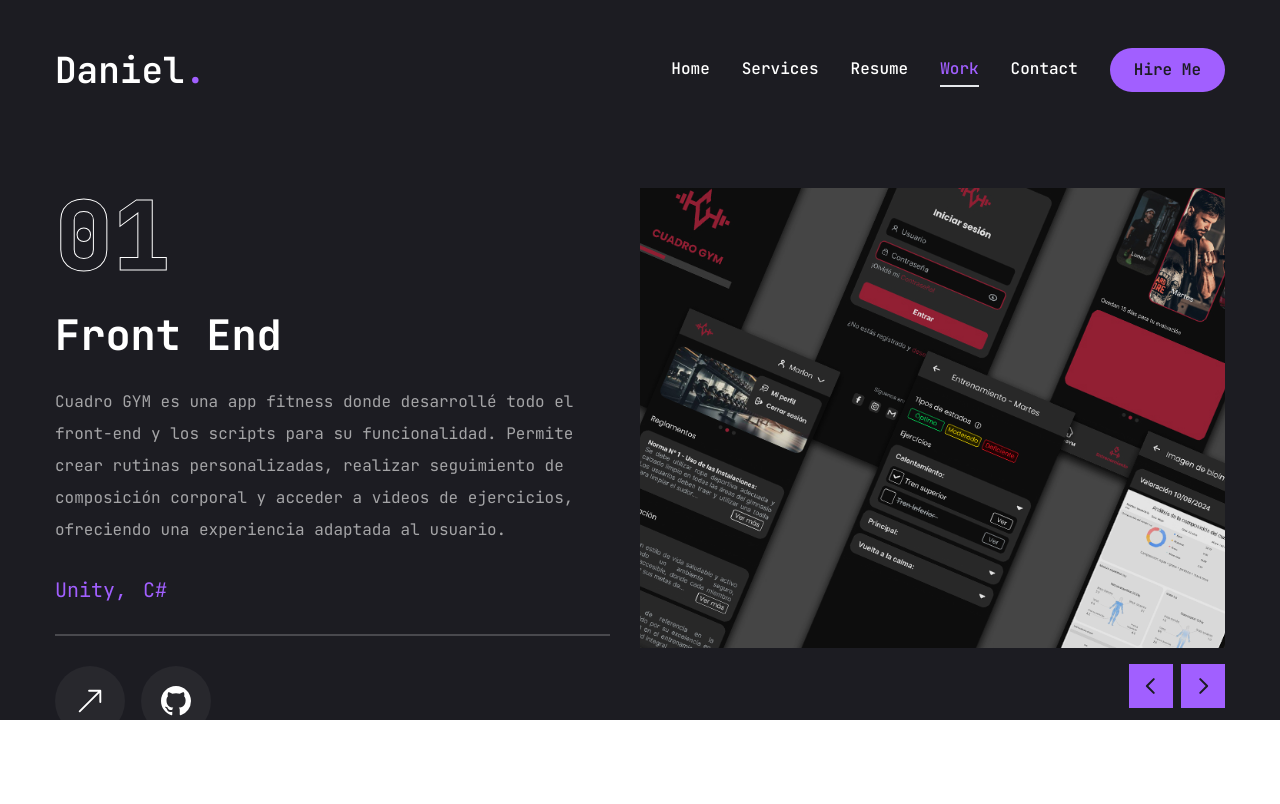
Repository: itsDarkos/Daniel-Portfolio
Page: /work
These files come from the project's save history. The page is drawn as it stood at one moment and after the next save; the edit follows.
The browser window is 1280 px wide. The pictures show the whole page.
The project was rebuilt for these pictures with package versions that can differ from the ones it lists, and the page was loaded fresh each time. The framework's server and built-in components were replaced by stand-ins that run in the browser. Also part of the build but not shown: next.config.mjs.

Above is the page before, as saved 2025-01-05 18:42:03.

### app/layout.jsx
import { JetBrains_Mono } from "next/font/google";
import "./globals.css";

// components
import Header from "@/components/Header";
import PageTransition from "@/components/PageTransition";
import StairTransition from "@/components/StairTransition";

const jetBrainsMono = JetBrains_Mono({
  variable: "--font-jetBrainsMono",
  weight: ["100", "200", "300", "400", "500", "600", "700", "800"],
  subsets: ["latin"],
});

export const metadata = {
  title: "Create Next App",
  description: "Generated by create next app",
};

export default function RootLayout({ children }) {
  return (
    <html lang="en">
      <body className={jetBrainsMono.variable}>
        <Header />
        <StairTransition />
        <PageTransition>{children}</PageTransition>
      </body>
    </html>
  );
}

### app/work/page.jsx
"use client";

import { motion } from "framer-motion";
import React, { useState } from "react";

import { Swiper, SwiperSlide } from "swiper/react";
import "swiper/css";

import { BsArrowUpRight, BsGithub } from "react-icons/bs";

import {
  Tooltip,
  TooltipContent,
  TooltipProvider,
  TooltipTrigger,
} from "@/components/ui/tooltip";

import Link from "next/link";
import Image from "next/image";

// components
import WorkSliderBtns from "@/components/WorkSliderBtns";

const projects = [
  {
    num: "01",
    category: "Front End",
    title: "projecto 1",
    description: "Cuadro GYM es una app fitness donde desarrollé todo el front-end y los scripts para su funcionalidad. Permite crear rutinas personalizadas, realizar seguimiento de composición corporal y acceder a videos de ejercicios, ofreciendo una experiencia adaptada al usuario.",
    stack: [{ name: "Unity" }, { name: "C#" }],
    image: "/assets/work/thumb1.jpg",
    live: "https://cuadrogym.com/",
    github: "",
  },
  {
    num: "02",
    category: "Diseño UI/UX",
    title: "projecto 2",
    description: "Este proyecto consistió en el diseño completo de la interfaz y experiencia de usuario (UI/UX) utilizando Figma. Creé un sistema visual moderno, intuitivo y enfocado en mejorar la interacción del usuario con la aplicación. Cada pantalla fue diseñada para garantizar usabilidad, estética y funcionalidad.",
    stack: [{ name: "Figma" }],
    image: "/assets/work/thumb2.png",
    live: "",
    github: "",
  },
];

const Work = () => {
  const [project, setProject] = useState(projects[0]);

  const handleSlideChange = (swiper) => {
    // get current slide index
    const currentIndex = swiper.activeIndex;
    // update project state based on current slide index
    setProject(projects[currentIndex]);
  };

  return (
    <motion.section
      initial={{ opacity: 0 }}
      animate={{
        opacity: 1,
        transition: { delay: 2.4, duration: 0.4, ease: "easeIn" },
      }}
      className="min-h-[80vh] flex flex-col justify-center py-12 xl:px-0"
    >
      <div className="container mx-auto">
        <div className="flex flex-col xl:flex-row xl:gap-[30px]">
          <div className="w-full xl:w-[50%] xl:h-[460px] flex flex-col xl:justify-between order-2 xl:order-none">
            <div className="flex flex-col gap-[30px] h-[50%]">
              {/* ouline num */}
              <div className="text-8xl leading-none font-extrabold text-transparent text-outline">
                {project.num}
              </div>
              {/* project categoty */}
              <h2 className="text-[42px] font-bold leading-none text-white group-hover:text-accent transition-all duration-500 capitalize">
                {project.category}
              </h2>
              {/* project description */}
              <p className="text-white/60">{project.description}</p>
              {/* stack */}
              <ul className="flex gap-4">
                {project.stack.map((item, index) => {
                  return (
                    <li key={index} className="text-xl text-accent">
                      {item.name}
                      {/* remove the last commo */}
                      {index !== project.stack.length - 1 && ","}
                    </li>
                  );
                })}
              </ul>
              {/* border */}
              <div className="border border-white/20"></div>
              {/* buttons */}
              <div className="flex items-center gap-4">
                {/* live project button */}
                <Link href={project.live}>
                  <TooltipProvider delayDuration={100}>
                    <Tooltip>
                      <TooltipTrigger className="w-[70px] h-[70px] rounded-full bg-white/5 flex justify-center items-center group">
                        <BsArrowUpRight className="text-white text-3xl group-hover:text-accent" />
                      </TooltipTrigger>
                      <TooltipContent>
                        <p>Live project</p>
                      </TooltipContent>
                    </Tooltip>
                  </TooltipProvider>
                </Link>
                {/* github project button */}
                <Link href={project.github}>
                  <TooltipProvider delayDuration={100}>
                    <Tooltip>
                      <TooltipTrigger className="w-[70px] h-[70px] rounded-full bg-white/5 flex justify-center items-center group">
                        <BsGithub className="text-white text-3xl group-hover:text-accent" />
                      </TooltipTrigger>
                      <TooltipContent>
                        <p>Github repository</p>
                      </TooltipContent>
                    </Tooltip>
                  </TooltipProvider>
                </Link>
              </div>
            </div>
          </div>
          <div className="w-full xl:w-[50%]">
            <Swiper
              spaceBetween={30}
              slidesPerView={1}
              className="xl:h-[520px] mb-12"
              onSlideChange={handleSlideChange}
            >
              {projects.map((project, index) => {
                return (
                  <SwiperSlide key={index} className="w-full">
                    <div className="h-[460px] relative group flex justify-center items-center bg-pink-50/20">
                      {/* overlay */}
                      <div className="absolute top-0 bottom-0 w-full h-full bg-black/10 z-10"></div>
                      {/* image */}
                      <div className="relative w-full h-full">
                        <Image
                          src={project.image}
                          fill
                          className="object-cover"
                          alt=""
                        />
                      </div>
                    </div>
                  </SwiperSlide>
                );
              })}
              {/* slider buttons */}
              <WorkSliderBtns
                containerStyles="flex gap-2 absolute right-0 bottom-[calc(50%_-_22px)] xl:bottom-0 z-20 w-full justify-between xl:w-max xl:justify-none"
                btnStyles="bg-accent hover:bg-accent-hover text-primary text-[22px] w-[44px] h-[44px] flex justify-center items-center transition-all"
              />
            </Swiper>
          </div>
        </div>
      </div>
    </motion.section>
  );
};

export default Work;

### app/globals.css
@tailwind base;
@tailwind components;
@tailwind utilities;

@layer base {
  body {
    @apply font-primary bg-primary text-white leading-loose;
  }

  .h1 {
    @apply text-[48px] xl:text-[80px] leading-[1.1] font-semibold;
  }

  .h2 {
    @apply text-[36px] xl:text-[48px] leading-[1.1] font-semibold;
  }

  .h3 {
    @apply text-[20px] xl:text-[24px] leading-[1.1] font-semibold;
  }
  .text-outline{
    -webkit-text-stroke: 1px #ffffff;
  }

  .text-outline-hover{
    -webkit-text-stroke: 1px #a15fff;
  }
}

### components/Header.jsx
import Link from "next/link";
import { Button } from "./ui/button";

// components
import { Nav } from "./Nav";
import MobileNav from "./MobileNav";

export const Header = () => {
  return (
    <header className="py-8 xl:py-12 text-white">
      <div className="container mx-auto flex justify-between items-center">
        {/* logo */}
        <Link href="/">
          <h1 className="text-4xl font-semibold">
            Daniel<span className="text-accent">.</span>
          </h1>
        </Link>
        {/* desktop nav & hire me button */}
        <div className="hidden xl:flex items-center gap-8">
          <Nav />
          <Link href="/contact">
            <Button>Hire Me</Button>
          </Link>
        </div>
        {/* mobile nav */}
        <div className="xl:hidden">
          <MobileNav />
        </div>
      </div>
    </header>
  );
};

export default Header;

### components/PageTransition.jsx
"use client";

import { AnimatePresence, motion } from "framer-motion"
import { usePathname } from "next/navigation";

const PageTransition = ({children}) => {
  const pathname = usePathname();
  return <AnimatePresence>
    <div key={pathname}>
      <motion.div
        initial ={{opacity: 1}}
        animate={{
          opacity: 0,
          transition:{delay: 1, duration: 0.4, ease: "easeInOut"},
        }}
        className="h-screen w-screen fixed bg-primary top-0 pointer-events-none"
      />
      {children}
    </div>
    </AnimatePresence>
}

export default PageTransition

### components/StairTransition.jsx
"use client";

import { AnimatePresence, motion } from "framer-motion";
import { usePathname } from "next/navigation";

//components
import Stairs from "./Stairs";

const StairTransition = () => {
  const pathname = usePathname();
  return (
    <>
      <AnimatePresence mode="wait">
        <div key={pathname}>
          <div className="h-screen w-screen fixed top-0 left-0 right-0 pointer-events-none z-40 flex">
            <Stairs />
          </div>
          <motion.div
            className="h-screen w-screen fixed bg-primary top-0 pointer-events-none"
            initial={{ opacity: 1 }}
            animate={{
              opacity: 0,
              transition: { delay: 1, duration: 0.4, ease: "easeInOut" },
            }}
          />
        </div>
      </AnimatePresence>
    </>
  );
};

export default StairTransition;

### components/ui/tooltip.jsx
"use client"

import * as React from "react"
import * as TooltipPrimitive from "@radix-ui/react-tooltip"

import { cn } from "@/lib/utils"

const TooltipProvider = TooltipPrimitive.Provider

const Tooltip = TooltipPrimitive.Root

const TooltipTrigger = TooltipPrimitive.Trigger

const TooltipContent = React.forwardRef(({ className, sideOffset = 4, ...props }, ref) => (
  <TooltipPrimitive.Content
    ref={ref}
    sideOffset={sideOffset}
    className={cn(
      "z-50 overflow-hidden rounded-md border border-neutral-200 bg-white px-3 py-1.5 text-sm text-neutral-950 shadow-md animate-in fade-in-0 zoom-in-95 data-[state=closed]:animate-out data-[state=closed]:fade-out-0 data-[state=closed]:zoom-out-95 data-[side=bottom]:slide-in-from-top-2 data-[side=left]:slide-in-from-right-2 data-[side=right]:slide-in-from-left-2 data-[side=top]:slide-in-from-bottom-2 dark:border-neutral-800 dark:bg-neutral-950 dark:text-neutral-50",
      className
    )}
    {...props} />
))
TooltipContent.displayName = TooltipPrimitive.Content.displayName

export { Tooltip, TooltipTrigger, TooltipContent, TooltipProvider }

### components/ui/button.jsx
import * as React from "react";
import { Slot } from "@radix-ui/react-slot";
import { cva } from "class-variance-authority";

import { cn } from "@/lib/utils";

const buttonVariants = cva(
  "inline-flex items-center justify-center whitespace-nowrap rounded-full text-base font-semibold ring-offset-white transition-colors",
  {
    variants: {
      variant: {
        default:  "bg-accent text-primary hover:bg-accent-hover",
        primary:  "bg-primary text-white",
        outline:  "border border-accent bg-transparent text-accent hover:bg-accent hover:text-primary",
      },
      size: {
        default: "h-[44px] px-6",
        sm: "h-[48px] px-6",
        lg: "h-[56px] px-8 text-sm uppercase tracking-[2px]",
      },
    },
    defaultVariants: {
      variant: "default",
      size: "default",
    },
  }
);

const Button = React.forwardRef(
  ({ className, variant, size, asChild = false, ...props }, ref) => {
    const Comp = asChild ? Slot : "button";
    return (
      <Comp
        className={cn(buttonVariants({ variant, size, className }))}
        ref={ref}
        {...props}
      />
    );
  }
);
Button.displayName = "Button";

export { Button, buttonVariants };

### components/Nav.jsx
"use client";

import Link from "next/link";
import { usePathname } from "next/navigation";

const links = [
  {
    name: "Home",
    path: "/",
  },
  {
    name: "Services",
    path: "/services",
  },
  {
    name: "Resume",
    path: "/resume",
  },
  {
    name: "Work",
    path: "/work",
  },
  {
    name: "Contact",
    path: "/contact",
  },
];

export const Nav = () => {
  const pathname = usePathname();
  console.log(pathname);
  return (
    <nav className="flex gap-8">
      {links.map((link, index) => {
        return (
          <Link
            href={link.path}
            key={index}
            className={`${
              link.path === pathname && "text-accent border-b-2 border-accent"
            }capitalize font-medium hover:text-accent transition all`}>
            {link.name}
          </Link>
        );
      })}
    </nav>
  );
};

export default Nav;

### components/MobileNav.jsx
"use client";

import { Sheet, SheetContent, SheetTrigger } from "@/components/ui/sheet";
import { usePathname } from "next/navigation";
import Link from "next/link";
import { CiMenuFries } from "react-icons/ci";

const links = [
  {
    name: "home",
    path: "/",
  },
  {
    name: "services",
    path: "/services",
  },
  {
    name: "resume",
    path: "/resume",
  },
  {
    name: "work",
    path: "/work",
  },
  {
    name: "contact",
    path: "/contact",
  },
];

const MobileNav = () => {
  const pathname = usePathname();
  return (
    <Sheet>
      <SheetTrigger className="flex justify-center items-center">
        <CiMenuFries className="text-[32px] text-accent" />
      </SheetTrigger>
      <SheetContent className="flex flex-col">
        {/* logo */}
        <div className="mt-32 mt-40 text-center text-2xl">
          <Link href="/"></Link>
          <h1 className="text-4xl font-semibold">
            Daniel<span className="text-accent">.</span>
          </h1>
        </div>
        {/* nav */}
        <nav className="flex flex-col justifi-center items-center gap-8">
          {links.map((link, index) => {
            return (
              <Link
                href={link.path}
                key={index}
                className={`${
                  link.path === pathname &&
                  "text-accent border-b-2 border-accent"
                } text-xl capitalize hover:text-accent transition`}
              >
                {link.name}
              </Link>
            );
          })}
        </nav>
      </SheetContent>
    </Sheet>
  );
};

export default MobileNav;

### components/Stairs.jsx
import { animate, motion } from "framer-motion";

//variants
const stairAimation = {
  initial: {
    top: "0%",
  },
  animate: {
    top: "100%",
  },
  exit: {
    top: ["100%", "0%"],
  },
};

//calculate the reverse index fot staggred delay
const reverseIndex = (index) => {
  const totalSteps = 6; //number of steps
  return totalSteps - index - 1;
};

const Stairs = () => {
  return (
    <>
      {/* render & motion divs, each representing a step of the stairs.
      Each div will have the same animation defined by the stoirsAnimation object.
      The delay for each div is calculated sinomically based on it's reversed index,
      creating a staggered effect with decreasing delay for each subsequent step.
     */}
      {[...Array(6)].map((_, index) => {
        return (
          <motion.div
            key={index}
            variants={stairAimation}
            initial="initial"
            animate="animate"
            exit="exit"
            transition={{
              duration: 0.4,
              ease: "easeInOut",
              delay: reverseIndex(index) * 0.1,
            }}
            className="h-full w-full bg-white relative"
          />
        );
      })}
    </>
  );
};

export default Stairs;

Loaded but not shown: components/WorkSliderBtns.jsx (common file); lib/utils.js (common file); tailwind.config.mjs (40 lines, source omitted); components/ui/sheet.jsx (109 lines, source omitted)

After the next save:
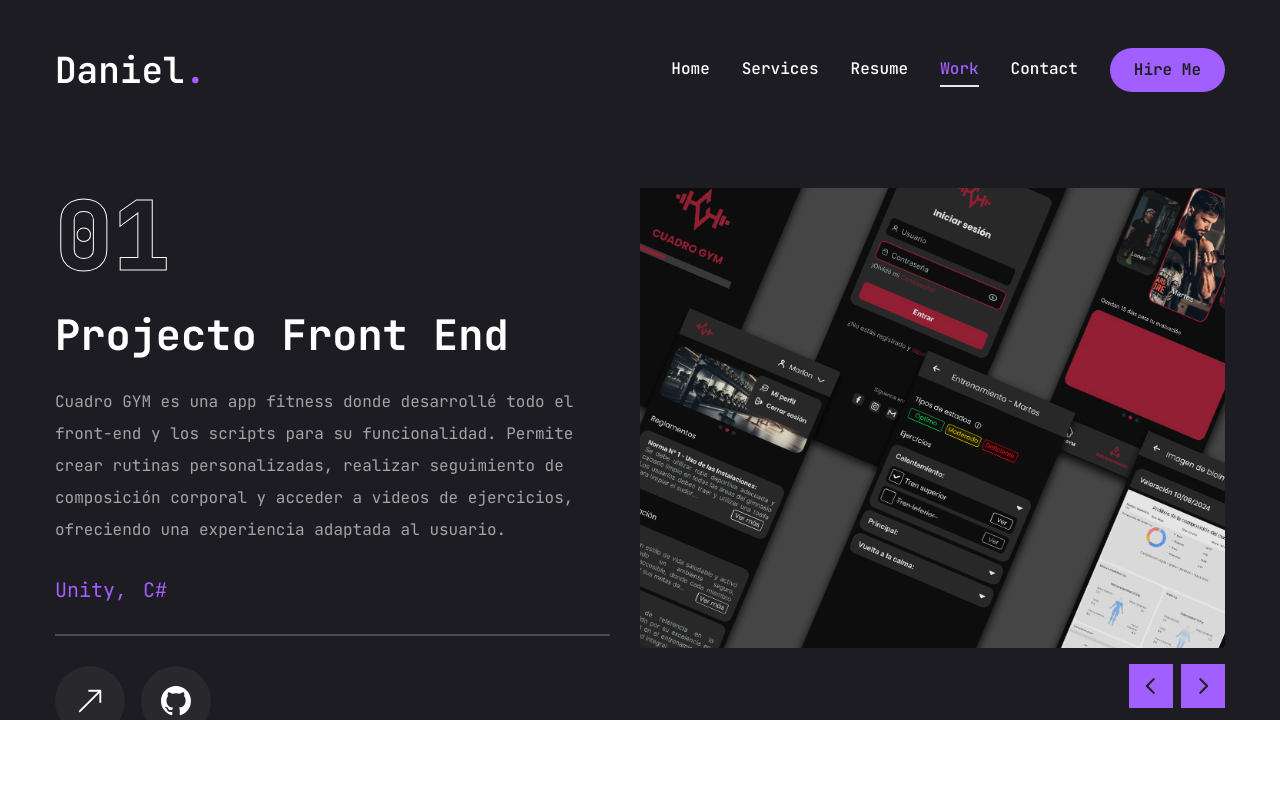
Saved 4 s later.
--- a/app/work/page.jsx
+++ b/app/work/page.jsx
@@ -73,7 +73,7 @@
               </div>
               {/* project categoty */}
               <h2 className="text-[42px] font-bold leading-none text-white group-hover:text-accent transition-all duration-500 capitalize">
-                {project.category}
+                Projecto {project.category}
               </h2>
               {/* project description */}
               <p className="text-white/60">{project.description}</p>

After the 3 saves that followed:
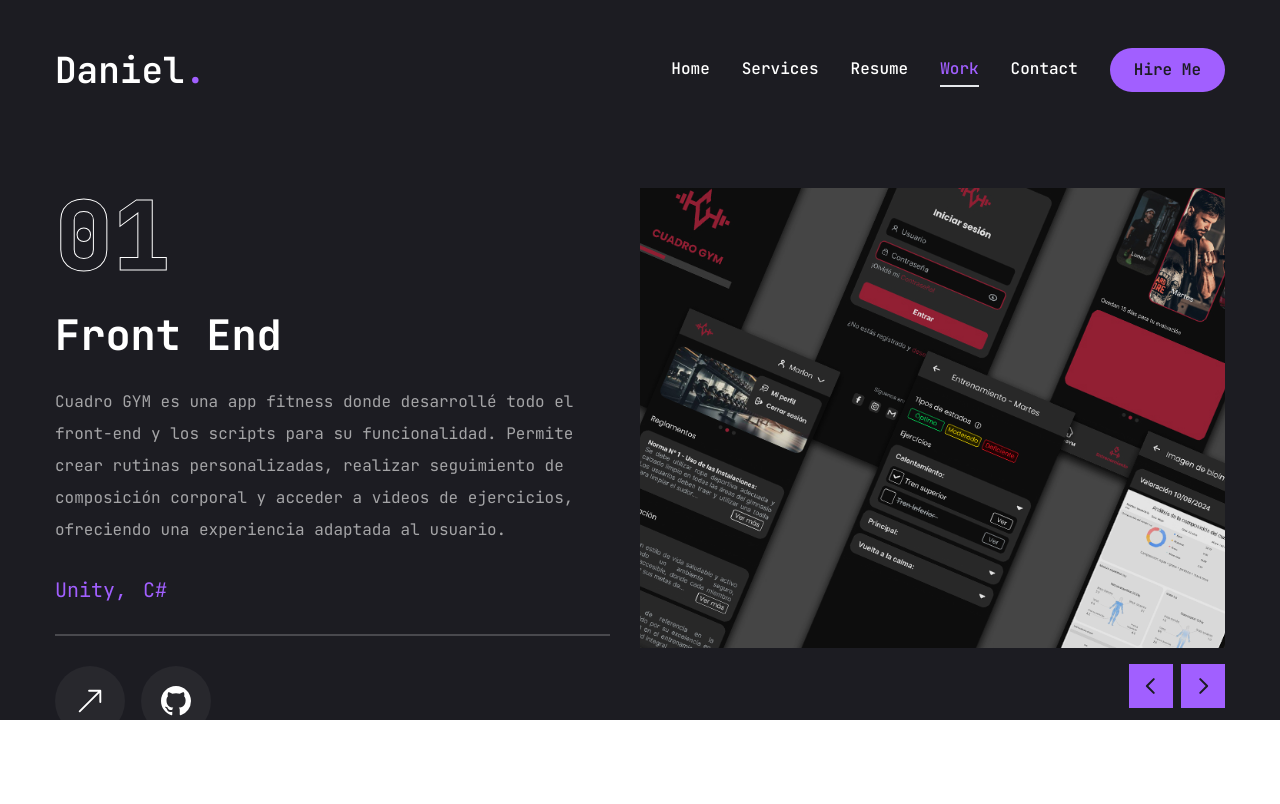
The 3 saves are shown as one change because 2 left the picture as it was.
The last was saved 2 min 17 s later.
--- a/app/work/page.jsx
+++ b/app/work/page.jsx
@@ -73,7 +73,7 @@
               </div>
               {/* project categoty */}
               <h2 className="text-[42px] font-bold leading-none text-white group-hover:text-accent transition-all duration-500 capitalize">
-                Projecto {project.category}
+                {project.category}
               </h2>
               {/* project description */}
               <p className="text-white/60">{project.description}</p>
@@ -101,7 +101,7 @@
                         <BsArrowUpRight className="text-white text-3xl group-hover:text-accent" />
                       </TooltipTrigger>
                       <TooltipContent>
-                        <p>Live project</p>
+                        <p>Proyecto en Vivo</p>
                       </TooltipContent>
                     </Tooltip>
                   </TooltipProvider>
@@ -114,7 +114,7 @@
                         <BsGithub className="text-white text-3xl group-hover:text-accent" />
                       </TooltipTrigger>
                       <TooltipContent>
-                        <p>Github repository</p>
+                        <p>Repositorio de GitHub</p>
                       </TooltipContent>
                     </Tooltip>
                   </TooltipProvider>
